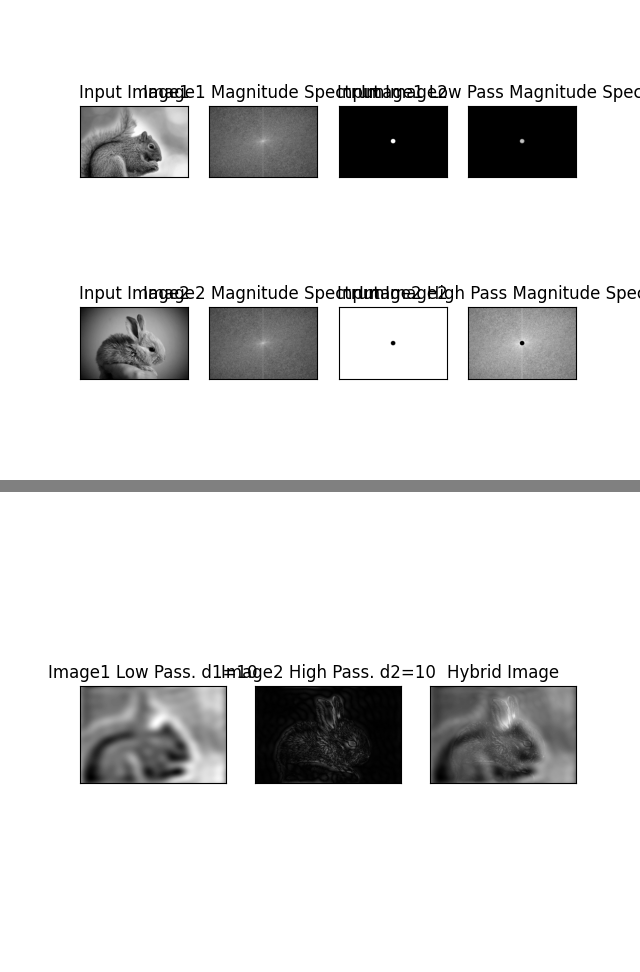
Repository: Yuer-yuan/CV
Script's output: python lab1-hybrid-image/gui/fft.py
An editor plug-in stored every save of this project. The script's output is shown before and after a run of saves, followed by the edit.
Each picture stacks the figures in order, with grey between them; figures that are only written to a file come last. Random numbers start from a fixed seed. It also reads lab1-hybrid-image/gui/res/bunny1.png, lab1-hybrid-image/gui/res/squirrel1.png.

Above is the script's output before, as saved 2023-03-26 19:57:57.

### lab1-hybrid-image/gui/fft.py
import cv2
import numpy as np
from matplotlib import pyplot as plt

pairs = [
    ('res/squirrel1.png', 'res/bunny1.png'),
    ('res/cat.jpg', 'res/dog.jpg'),
    ('res/donkey1.png', 'res/zebra1.png'),
]
pair_idx = 0

ksize1, sigma1, ksize2, sigma2 = 39, 11, 21, 5
d1, d2 = 10, 10


def ideal_spectral_filter(shape, d, type='lowpass'):
    m, n = shape
    if type == 'lowpass':
        h = np.zeros((m, n), dtype=np.float32)
    if type == 'highpass':
        h = np.ones((m, n), dtype=np.float32)
    for i in range(m):
        for j in range(n):
            if np.sqrt((i - m / 2) ** 2 + (j - n / 2) ** 2) <= d:
                if type == 'lowpass':
                    h[i, j] = 1
                if type == 'highpass':
                    h[i, j] = 0
    return h

def spatial_hybrid_image(img1, img2, ksize1, sigma1, ksize2, sigma2):
    img1_low_pass = cv2.GaussianBlur(img1, (ksize1, ksize1), sigma1)
    img2_high_pass = cv2.subtract(img2, cv2.GaussianBlur(img2, (ksize2, ksize2), sigma2))
    hybrid_image = cv2.add(img1_low_pass, img2_high_pass)

    plt.subplot(231), plt.imshow(img1, cmap='gray')
    plt.title('Input Image1'), plt.xticks([]), plt.yticks([])
    plt.subplot(232), plt.imshow(img1_low_pass, cmap='gray')
    plt.title(f'Image1 Low Pass. ksize1 = {ksize1}, sigma1 = {sigma1}'), plt.xticks([]), plt.yticks([])
    plt.subplot(233), plt.imshow(hybrid_image, cmap='gray')
    plt.title('Hybrid Image'), plt.xticks([]), plt.yticks([])
    plt.subplot(234), plt.imshow(img2, cmap='gray')
    plt.title('Input Image2'), plt.xticks([]), plt.yticks([])
    plt.subplot(235), plt.imshow(img2_high_pass, cmap='gray')
    plt.title(f'Image2 High Pass. ksize2 = {ksize2}, sigma2 = {sigma2}'), plt.xticks([]), plt.yticks([])
    plt.show()


def spectral_hybrid_image(image1, image2, d1, d2):
    f1 = np.fft.fft2(np.float32(image1))
    f2 = np.fft.fft2(np.float32(image2))
    f1shift = np.fft.fftshift(f1)
    f2shift = np.fft.fftshift(f2)
    h1 = ideal_spectral_filter(f1.shape, d1, type='lowpass')
    h2 = ideal_spectral_filter(f2.shape, d2, type='highpass')
    f1_filtered = f1shift * h1
    f2_filtered = f2shift * h2
    f1_filtered_shift = np.fft.ifftshift(f1_filtered)
    f2_filtered_shift = np.fft.ifftshift(f2_filtered)
    f1_filtered_ifft = np.fft.ifft2(f1_filtered_shift)
    f2_filtered_ifft = np.fft.ifft2(f2_filtered_shift)
    hybrid_image = np.abs(f1_filtered_ifft) + np.abs(f2_filtered_ifft)

    plt.subplot(241), plt.imshow(image1, cmap='gray')
    plt.title('Input Image1'), plt.xticks([]), plt.yticks([])
    plt.subplot(242), plt.imshow(np.log1p(np.abs(f2shift)), cmap='gray')
    plt.title('Image1 Magnitude Spectrum'), plt.xticks([]), plt.yticks([])
    plt.subplot(243), plt.imshow(h1, cmap='gray')
    plt.title('Input Image2'), plt.xticks([]), plt.yticks([])
    plt.subplot(244), plt.imshow(np.log1p(np.abs(f1_filtered)), cmap='gray')
    plt.title('Image1 Low Pass Magnitude Spectrum'), plt.xticks([]), plt.yticks([])
    plt.subplot(245), plt.imshow(image2, cmap='gray')
    plt.title('Input Image2'), plt.xticks([]), plt.yticks([])
    plt.subplot(246), plt.imshow(np.log1p(np.abs(f2shift)), cmap='gray')
    plt.title('Image2 Magnitude Spectrum'), plt.xticks([]), plt.yticks([])
    plt.subplot(247), plt.imshow(h2, cmap='gray')
    plt.title('Input Image2'), plt.xticks([]), plt.yticks([])
    plt.subplot(248), plt.imshow(np.log1p(np.abs(f2_filtered)), cmap='gray')
    plt.title('Image2 High Pass Magnitude Spectrum'), plt.xticks([]), plt.yticks([])
    plt.show()

    plt.subplot(131), plt.imshow(np.abs(f1_filtered_ifft), cmap='gray')
    plt.title(f'Image1 Low Pass. d1={d1}'), plt.xticks([]), plt.yticks([])
    plt.subplot(132), plt.imshow(np.abs(f2_filtered_ifft), cmap='gray')
    plt.title(f'Image2 High Pass. d2={d2}'), plt.xticks([]), plt.yticks([])
    plt.subplot(133), plt.imshow(hybrid_image, cmap='gray')
    plt.title('Hybrid Image'), plt.xticks([]), plt.yticks([])
    plt.show()
    return hybrid_image


if __name__ == '__main__':
    img1 = cv2.imread(pairs[pair_idx][0], 0)    # read as grayscale
    img2 = cv2.imread(pairs[pair_idx][1], 0)

    # spatial_hybrid_image(img1, img2, ksize1, sigma1, ksize2, sigma2)
    spectral_hybrid_image(img1, img2, d1, d2)

After the next 2 saves:
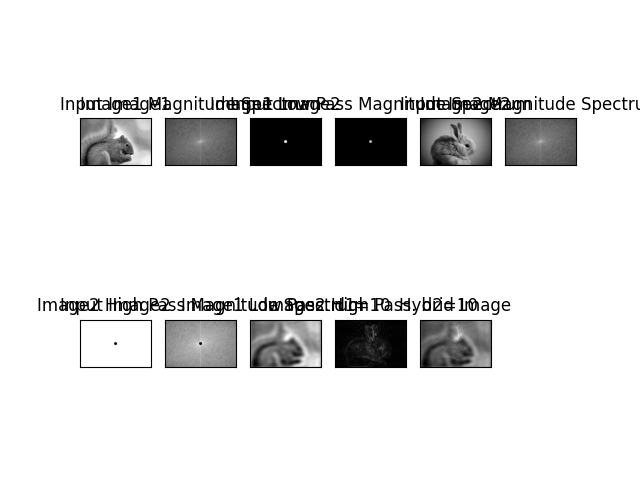
The 2 saves are shown as one change because 1 did not build or start.
The last was saved 5 min 32 s later.
--- a/lab1-hybrid-image/gui/fft.py
+++ b/lab1-hybrid-image/gui/fft.py
@@ -61,29 +61,27 @@ def spectral_hybrid_image(image1, image2, d1, d2):
     f2_filtered_ifft = np.fft.ifft2(f2_filtered_shift)
     hybrid_image = np.abs(f1_filtered_ifft) + np.abs(f2_filtered_ifft)
 
-    plt.subplot(241), plt.imshow(image1, cmap='gray')
+    plt.subplot(261), plt.imshow(image1, cmap='gray')
     plt.title('Input Image1'), plt.xticks([]), plt.yticks([])
-    plt.subplot(242), plt.imshow(np.log1p(np.abs(f2shift)), cmap='gray')
+    plt.subplot(262), plt.imshow(np.log1p(np.abs(f2shift)), cmap='gray')
     plt.title('Image1 Magnitude Spectrum'), plt.xticks([]), plt.yticks([])
-    plt.subplot(243), plt.imshow(h1, cmap='gray')
+    plt.subplot(263), plt.imshow(h1, cmap='gray')
     plt.title('Input Image2'), plt.xticks([]), plt.yticks([])
-    plt.subplot(244), plt.imshow(np.log1p(np.abs(f1_filtered)), cmap='gray')
+    plt.subplot(264), plt.imshow(np.log1p(np.abs(f1_filtered)), cmap='gray')
     plt.title('Image1 Low Pass Magnitude Spectrum'), plt.xticks([]), plt.yticks([])
-    plt.subplot(245), plt.imshow(image2, cmap='gray')
+    plt.subplot(265), plt.imshow(image2, cmap='gray')
     plt.title('Input Image2'), plt.xticks([]), plt.yticks([])
-    plt.subplot(246), plt.imshow(np.log1p(np.abs(f2shift)), cmap='gray')
+    plt.subplot(266), plt.imshow(np.log1p(np.abs(f2shift)), cmap='gray')
     plt.title('Image2 Magnitude Spectrum'), plt.xticks([]), plt.yticks([])
-    plt.subplot(247), plt.imshow(h2, cmap='gray')
+    plt.subplot(267), plt.imshow(h2, cmap='gray')
     plt.title('Input Image2'), plt.xticks([]), plt.yticks([])
-    plt.subplot(248), plt.imshow(np.log1p(np.abs(f2_filtered)), cmap='gray')
+    plt.subplot(268), plt.imshow(np.log1p(np.abs(f2_filtered)), cmap='gray')
     plt.title('Image2 High Pass Magnitude Spectrum'), plt.xticks([]), plt.yticks([])
-    plt.show()
-
-    plt.subplot(131), plt.imshow(np.abs(f1_filtered_ifft), cmap='gray')
+    plt.subplot(269), plt.imshow(np.abs(f1_filtered_ifft), cmap='gray')
     plt.title(f'Image1 Low Pass. d1={d1}'), plt.xticks([]), plt.yticks([])
-    plt.subplot(132), plt.imshow(np.abs(f2_filtered_ifft), cmap='gray')
+    plt.subplot(2, 6, 10), plt.imshow(np.abs(f2_filtered_ifft), cmap='gray')
     plt.title(f'Image2 High Pass. d2={d2}'), plt.xticks([]), plt.yticks([])
-    plt.subplot(133), plt.imshow(hybrid_image, cmap='gray')
+    plt.subplot(2, 6, 11), plt.imshow(hybrid_image, cmap='gray')
     plt.title('Hybrid Image'), plt.xticks([]), plt.yticks([])
     plt.show()
     return hybrid_image
